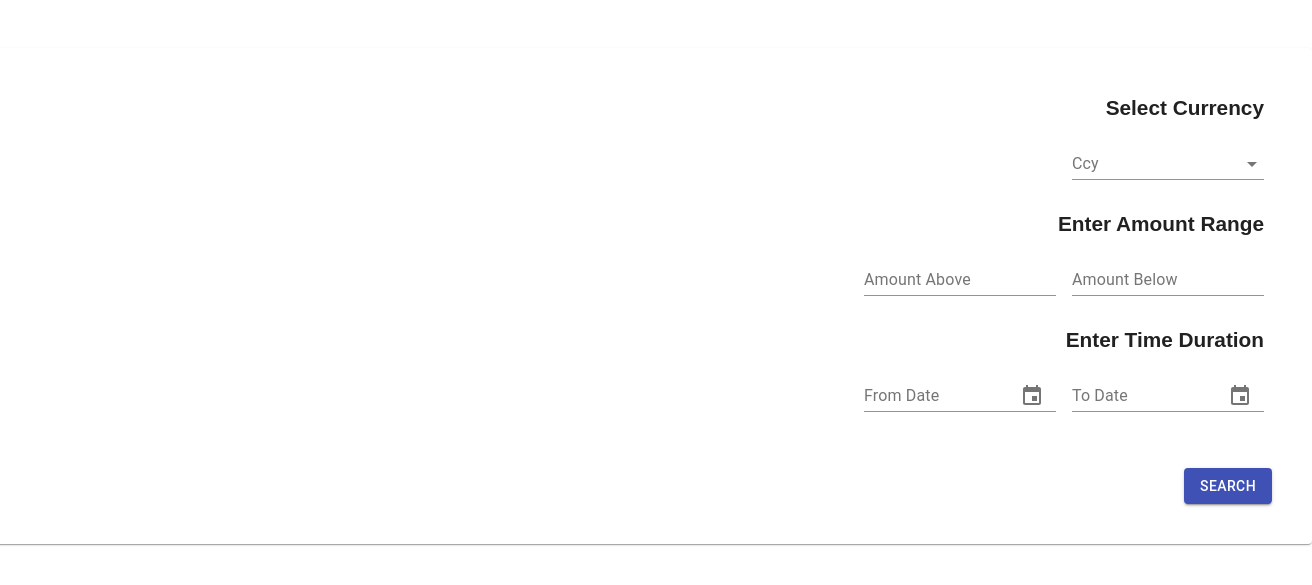
Repository: AmanullaChishty/filter
Page: /
An editor plug-in stored every save of this project. The page is shown before and after the next save, followed by the edit.
The browser window is 1280 px wide. The page is 1312 px wide, then 1280 px, so the pictures cover 1312 px, including what lies to the right of the window. The pictures show the whole page.
The project was rebuilt for these pictures with package versions that can differ from the ones it lists, and the page was loaded fresh each time. Imported but missing from the stored project, and not drawn on this page: src/reducers/simpleReducer.

Above is the page before, as saved 2020-01-26 21:43:02.

### src/index.js
import React from 'react';
import ReactDOM from 'react-dom';

// Required for Redux store setup
import { Provider } from 'react-redux'
import configureStore from './store';

import './index.css';
import App from './App';
import registerServiceWorker from './registerServiceWorker';

ReactDOM.render(
  <Provider store={configureStore()}>
    <App />
  </Provider>,
  document.getElementById('root')
);
registerServiceWorker();

### src/store.js
import { createStore, applyMiddleware } from 'redux';
import thunk from 'redux-thunk';
import rootReducer from './reducers/rootReducer';

export default function configureStore(initialState={}) {
  return createStore(
    rootReducer,
    applyMiddleware(thunk)
  );
}

### src/App.js
import React, { Component } from 'react';
import './App.css';
import GridList from './gridList'
import SearchBar from './searchBar/components/searchBar';



/**
 * @class App
 * @extends {Component}
 */
class App extends Component {



  /**
   * @memberof App
   * @summary handles button click
   */


  render() {
    return (
      <div className="App">
        <SearchBar/>
        <GridList/>
      </div>
    );
  }
}

export default App;

### src/reducers/rootReducer.js
import { combineReducers } from 'redux';
import simpleReducer from './simpleReducer';
import searchReducer from '../searchBar/reducers/searchReducer'

export default combineReducers({
  simpleReducer,
  searchReducer
});

### src/gridList.js
import React, { Component } from 'react';
import { connect } from 'react-redux';
import MUIDataTable from "mui-datatables";
import { getSearchCriteria, getSearchData } from './searchBar/selectors/searchSelectors';


const headers = [{ name: "invoice_id", label: "Invoice id", options: { filter: true, sort: true, } },{ name: "reference", label: "Reference", options: { filter: true, sort: true, } },
{ name: "maturity_date", label: "Maturity Date", options: { filter: true, sort: true, } },{ name: "invoice_amount", label: "Invoice Amount", options: { filter: true, sort: true, } },
{ name: "ccy", label: "CCY", options: { filter: true, sort: true, } },{ name: "buyer", label: "Buyer", options: { filter: true, sort: true, } },
{ name: "supplier", label: "Supplier", options: { filter: true, sort: true, } },{ name: "invoice_date", label: "Invoice Date", options: { filter: true, sort: true, } },]

const options = {
  filterType: "checkbox",
  responsive: "stacked",
}

class GridList extends Component {
  render() {
    const {result,seacrhedData} = this.props;

    if(seacrhedData){
      if(seacrhedData.startDate){
        let date=new Date(seacrhedData.startDate)
        let yyyy = date.getFullYear();
        let mm =date.getMonth()+1
        let dd=date.getDate();
        seacrhedData.startDate = dd+'/'+ mm +'/'+yyyy;

      }
      if(seacrhedData.endDate){
        let date=new Date(seacrhedData.endDate)
        let yyyy = date.getFullYear();
        let mm =date.getMonth()+1
        let dd=date.getDate();
        seacrhedData.endDate = dd+'/'+ mm +'/'+yyyy;

      }
    }
    const title=('Currency '+seacrhedData.ccy + ' Invoices with value between '+ seacrhedData.ccy+ ' '+ seacrhedData.lowerLimit +' - '+ seacrhedData.upperLimit +' maturing between '+seacrhedData.startDate+' and '+ seacrhedData.endDate)

    if(result.length>0){
      result.forEach(item=>{
        if(item.maturity_date){
          let date=new Date(item.maturity_date*1000)
          let yyyy = date.getFullYear();
          let mm =date.getMonth()+1
          let dd=date.getDate();
            item.maturity_date = dd+'/'+ mm +'/'+yyyy;

        }
      })
    }
    return (
     <div>
       {result.length>0?(<MUIDataTable
            title={title}
            data={result}
            columns={headers}
            options={options}

          />):null}
     </div>
    );
  }
}


const mapStateToProps=state=> {
  return {
      result: getSearchData(state),
      seacrhedData:getSearchCriteria(state)
      };
}


export default connect(mapStateToProps)(GridList);

### src/searchBar/components/searchBar.js
import React, { Component, Fragment } from 'react';
import { connect } from 'react-redux';
import { bindActionCreators } from 'redux';
import { fetchData } from '../actions/fetchData';
import { search } from '../actions/searchAction';
import { getData, getSearchData } from '../selectors/searchSelectors';
import InputLabel from '@material-ui/core/InputLabel';
import MenuItem from '@material-ui/core/MenuItem';
import FormControl from '@material-ui/core/FormControl';
import Select from '@material-ui/core/Select';
import { Grid, Card, CardContent,CardActions, Input, Button, InputAdornment } from '@material-ui/core';
import DateFnsUtils from '@date-io/date-fns';
import { KeyboardDatePicker, MuiPickersUtilsProvider } from "@material-ui/pickers";
import 'date-fns';


let ccy=''

class SearchBar extends Component {

  constructor(props){
    super(props);
    this.handleChange=this.handleChange.bind(this)
    this.setLowerLimit=this.setLowerLimit.bind(this)
    this.setUpperLimit=this.setUpperLimit.bind(this)
    this.setStartDate=this.setStartDate.bind(this)
    this.setEndDate=this.setEndDate.bind(this)
    this.submitSearch=this.submitSearch.bind(this)
    this.state = {
      ccy:'',
      lowerLimit:'',
      upperLimit:'',
      startDate:null,
      endDate:null,
      storeStartDate:null,
      storeEndDate:null

    }
  }

  componentDidMount() {

    }



  handleChange(event){
    let val = event.target.value
      this.setState({ccy:val})
  };

  setLowerLimit(event){
    let val = event.target.value
    this.setState({lowerLimit:val});
  }

  setUpperLimit(event){
    let val = event.target.value
    this.setState({upperLimit:val})

  }
  setStartDate(event){
    let val = Math.floor(event.getTime()/1000)
    this.setState({storeStartDate:val})
    this.setState({startDate:event})

  }

  setEndDate(event){
    let val = Math.floor(event.getTime()/1000)
    this.setState({storeEndDate:val})
    this.setState({endDate:event})

  }

  submitSearch(){
    const { fetchAllData,searchData } = this.props;
    fetchAllData();
    setTimeout(()=>{searchData(this.state)},100)

  }


  render() {
    const sectionGrid={ display: 'flex', justifyContent: 'end', alignItems: 'end', flexDirection: 'column', marginBottom: '2em' }
    const sectionLabel = { fontSize: '1.3em', fontWeight: 'bold', marginBottom: '-.2em' }
    const innerSection={ display: 'flex', justifyContent: 'center', alignItems: 'center', }
    const formControlStyle={ width: '12em', marginTop: '1em' }
    const formControlStyleLeft={ width: '12em', marginTop: '1em', marginLeft: '1em' }
    const {ccy,lowerLimit,upperLimit,startDate,endDate} = this.state

    return (
      <Grid style={{display:'flex',justifyContent:'center',alignItems:'center',flexDirection:'column'}}>
    <Card style={{width:'100%',padding:'2em',margin:'3em'}}>
      <CardContent>
            <Grid style={sectionGrid}>
              <span style={sectionLabel}>Select Currency</span>
              <FormControl style={formControlStyle} >

                <InputLabel id="ccy">
                  Ccy
                </InputLabel>
                <Select
                  labelId="ccy"
                  id="simple-select"
                  value={ccy}
                  onChange={this.handleChange}>
                  <MenuItem value={'USD'}>USD</MenuItem>
                  <MenuItem value={'INR'}>INR</MenuItem>
                  <MenuItem value={'JPY'}>JPY</MenuItem>
                  <MenuItem value={'RYD'}>RYD</MenuItem>
                </Select>
              </FormControl>
            </Grid>

            <Grid style={sectionGrid}>
              <span style={sectionLabel}>Enter Amount Range</span>
              <Grid style={innerSection}>
                <FormControl style={formControlStyle} >

                  <InputLabel id="ccy">
                    Amount Above
                  </InputLabel>
                  <Input
                  type='number'
                  value={lowerLimit}
                  startAdornment={ccy!=''?(<InputAdornment position="start">{ccy}</InputAdornment>):null}
                  onChange={this.setLowerLimit}/>
                </FormControl>
                <FormControl style={formControlStyleLeft} >
                  <InputLabel id="ccy">
                    Amount Below
                  </InputLabel>
                  <Input
                  type='number'
                  value={upperLimit}
                  startAdornment={ccy!=''?(<InputAdornment position="start">{ccy}</InputAdornment>):null}
                  onChange={this.setUpperLimit} />
                </FormControl>
              </Grid>
            </Grid>

            <Grid style={sectionGrid}>
              <span style={sectionLabel}>Enter Time Duration</span>
              <Grid style={innerSection}>
                <FormControl style={formControlStyle} >
                  <Fragment>
                    <MuiPickersUtilsProvider utils={DateFnsUtils}>
                      <KeyboardDatePicker
                        label="From Date"
                        clearable
                        value={startDate}
                        placeholder="Select from date"
                        onChange={this.setStartDate}
                        format="dd/MM/yyyy"
                      />
                    </MuiPickersUtilsProvider>
                  </Fragment>
                </FormControl>
                <FormControl style={formControlStyleLeft} >
                <Fragment>
                    <MuiPickersUtilsProvider utils={DateFnsUtils}>
                      <KeyboardDatePicker
                        label="To Date"
                        clearable
                        value={endDate}
                        placeholder="Select end date"
                        onChange={this.setEndDate}
                        format="dd/MM/yyyy"
                      />
                    </MuiPickersUtilsProvider>
                  </Fragment>
                </FormControl>
              </Grid>
            </Grid>

      </CardContent>
      <CardActions style={{float:'right'}}>
        <Button variant="contained" color="primary" onClick={this.submitSearch}>
          Search
        </Button>
      </CardActions>
      </Card>
    </Grid>
    );
  }
}


const mapStateToProps=state=> {
    return {
        value: getSearchData(state),
        content:getData(state)
        };
  }

const mapDispatchToProps = dispatch => bindActionCreators({
    searchData: search,
    fetchAllData:fetchData,
}, dispatch)


export default connect(mapStateToProps, mapDispatchToProps)(SearchBar);

### src/searchBar/reducers/searchReducer.js
import { SEARCH, SUCCESS } from '../actions/searchAction';

const initialState = {contents: [], value: '', serachedValue: []};

export default function searchReducer(state = initialState, action) {
  switch(action.type) {
    case SUCCESS: {
      const {contents} = action;
      return {
        ...state,
        contents:contents
      };
    }
    case SEARCH: {
      const {value} = action;
      let filteredData=[value]
      const serachedData = state.contents.filter((val) => filteredData.find(
        ({ccy,lowerLimit,upperLimit,storeStartDate,storeEndDate})=>(
          val.ccy === ccy && val.invoice_amount>lowerLimit && val.invoice_amount<upperLimit && val.maturity_date>storeStartDate && val.maturity_date<storeEndDate
          )
        ));

      return {
        ...state,
        value:value,
        serachedValue:serachedData
      };
    }
    default:
      return state;
  }
}

### src/searchBar/selectors/searchSelectors.js
import { createSelector } from 'reselect';

export const getSearchData = createSelector(
    state => state.searchReducer.serachedValue,
    serachedValue => serachedValue
)

export const getSearchCriteria = createSelector(
    state => state.searchReducer.value,
    value => value
)

export const getData = createSelector(
    state => state.searchReducer.contents,
    contents=>contents
)

### src/searchBar/actions/fetchData.js
import { getData } from "./searchAction";

//https://my.api.mockaroo.com/tallydata.json?key=1e3baa20
function fetchData() {
    return dispatch => {
        fetch('data1.json')
        .then(res => res.json())
        .then(res => {
            if(res.error) {
                throw(res.error);
            }
            dispatch(getData(res));

            return res;
        })
        .catch(error => {
            alert(error);
        })
    }
}

export { fetchData };

### src/searchBar/actions/searchAction.js
export const SEARCH = 'SEARCH';
export const SUCCESS = 'SUCCESS'

export function search(value) {
  return {
      type: SEARCH,
      value:value
    };
}

export function getData(res) {
  return {
      type: SUCCESS,
      contents:res
    };
}

Loaded but not shown: public/index.html (common file); src/index.css (common file); src/registerServiceWorker.js (common file); src/App.css (common file)

After the next save:
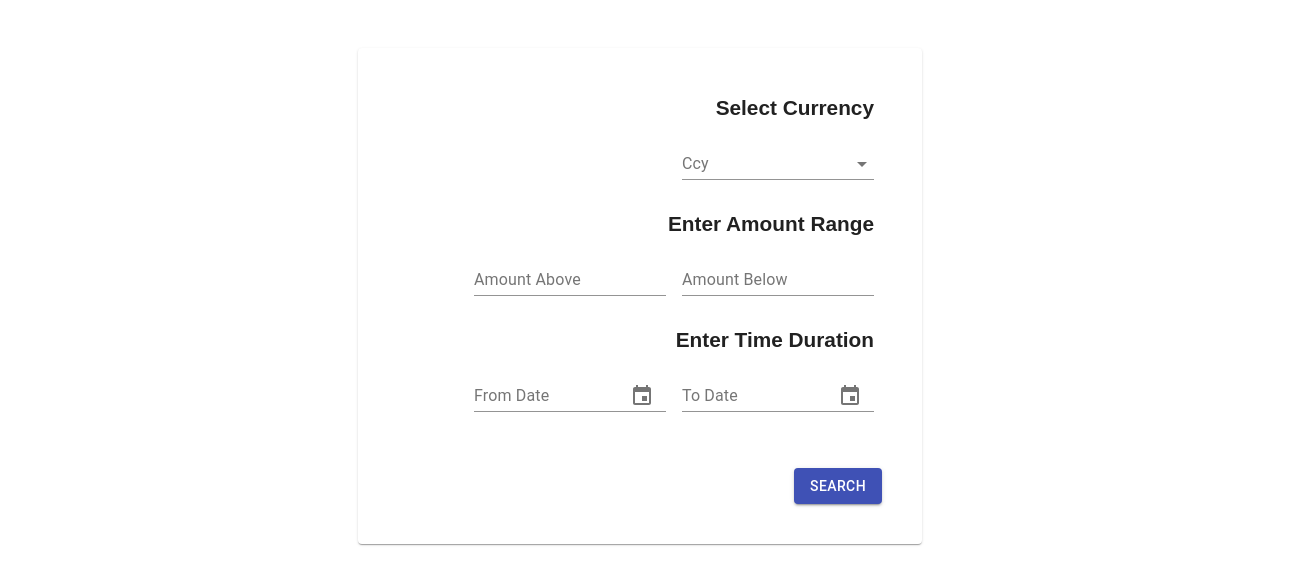
Saved 33 s later.
--- a/src/searchBar/components/searchBar.js
+++ b/src/searchBar/components/searchBar.js
@@ -91,7 +91,7 @@ class SearchBar extends Component {
 
     return (
       <Grid style={{display:'flex',justifyContent:'center',alignItems:'center',flexDirection:'column'}}>
-    <Card style={{width:'100%',padding:'2em',margin:'3em'}}>
+    <Card style={{maxWidth:500,width:'100%',padding:'2em',margin:'3em'}}>
       <CardContent>
             <Grid style={sectionGrid}>
               <span style={sectionLabel}>Select Currency</span>
